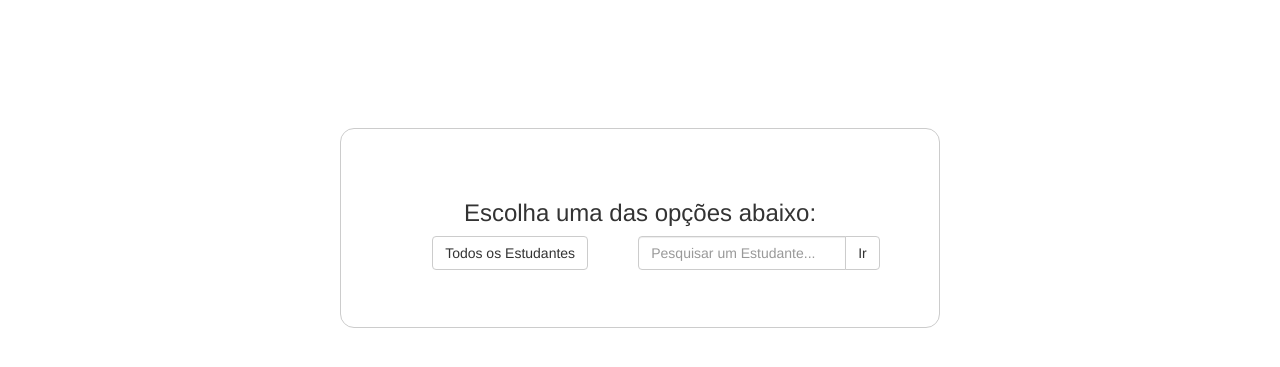
Repository: ipti/br.tag.webservice
Page: http://localhost/Restful-API-TAG/students.jsp
An editor plug-in stored every save of this project. The page is shown before and after the next save, followed by the edit.
The browser window is 1280 px wide. The pictures show the whole page.
The page is served by Tomcat 9. Other server files are loaded and not shown.

Above is the page before, as saved 2016-04-27 13:58:23.

### Restful-API-TAG/WebContent/students.jsp
<%@ page language="java" contentType="text/html; charset=ISO-8859-1"
	pageEncoding="ISO-8859-1"%>
<!DOCTYPE html PUBLIC "-//W3C//DTD HTML 4.01 Transitional//EN" "http://www.w3.org/TR/html4/loose.dtd">
<html>
<head>
<link rel="stylesheet" href="css/styles.css">
<link href="css/bootstrap.min.css" rel="stylesheet">
<meta http-equiv="Content-Type" content="text/html; charset=ISO-8859-1">
<title>API TAG - Estudantes</title>
</head>
<body>
	<div id="studentDiv">
		<h3 id="titleStudent">Escolha uma das opções abaixo:</h3>

		<div style="margin-left: 10%" class="btn-group-md text-center" role="group" aria-label="...">
			<div class="row">
				<div class="col-lg-5">
					<a type="submit" class="btn btn-default" href="${pageContext.request.contextPath}/api/TagService/getStudents">Todos os Estudantes</a>
				</div>
				<div class="col-lg-6">
					<div class="input-group">
						<input type="text" class="form-control" placeholder="Pesquisar um Estudante...">
						<span class="input-group-btn">
							<a class="btn btn-default" type="submit" href="${pageContext.request.contextPath}/api/TagService/getStudents/{inep_id}">Ir</a>
						</span>
					</div>
				</div>
			</div>
		</div>
	</div>
</body>
</html>

### Restful-API-TAG/WebContent/css/styles.css
@CHARSET "ISO-8859-1";

#mainDiv {
    /* Just to center the form on the page */
    margin: 10% auto;
    width: 500px;
    height: 200px;
    /* To see the outline of the form */
    padding: 1em;
    border: 1px solid #CCC;
    border-radius: 1em;
}

#divGroup {
	padding: 7px;
}

#studentDiv, #schoolDiv, #instructorDiv, #classroomDiv {
    /* Just to center the form on the page */
    margin: 10% auto;
    width: 600px;
    height: 200px;
    /* To see the outline of the form */
    padding: 1em;
    border: 1px solid #CCC;
    border-radius: 1em;
}

#titleH3 {
	text-align: center;
	margin-top: 10%;
}

#titleStudent, #titleSchool, #titleInstructor, #titleClassroom {
	text-align: center;
	margin-top: 10%;
}

Loaded but not shown: Restful-API-TAG/WebContent/css/bootstrap.min.css (library)

After the next save:
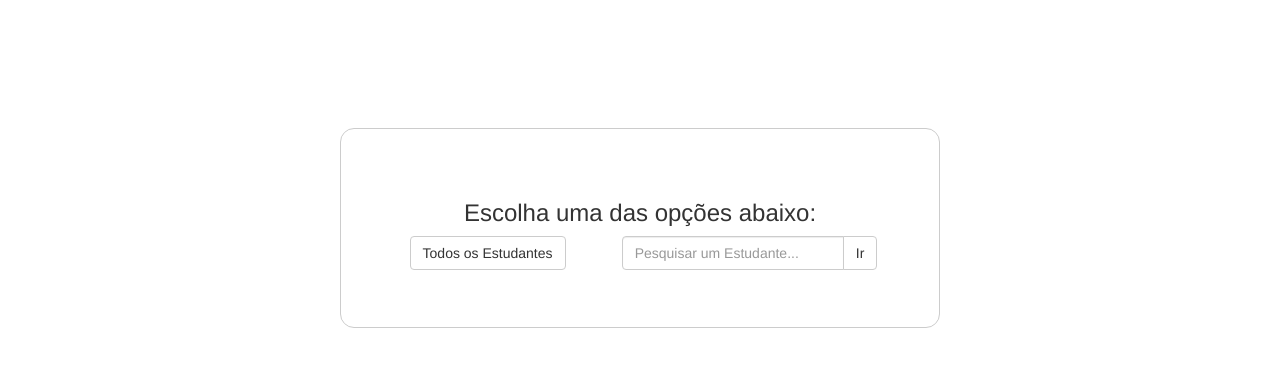
Saved 4 s later.
--- a/Restful-API-TAG/WebContent/students.jsp
+++ b/Restful-API-TAG/WebContent/students.jsp
@@ -12,7 +12,7 @@
 	<div id="studentDiv">
 		<h3 id="titleStudent">Escolha uma das opções abaixo:</h3>
 
-		<div style="margin-left: 10%" class="btn-group-md text-center" role="group" aria-label="...">
+		<div style="margin-left: 5%" class="btn-group-md text-center" role="group" aria-label="...">
 			<div class="row">
 				<div class="col-lg-5">
 					<a type="submit" class="btn btn-default" href="${pageContext.request.contextPath}/api/TagService/getStudents">Todos os Estudantes</a>
